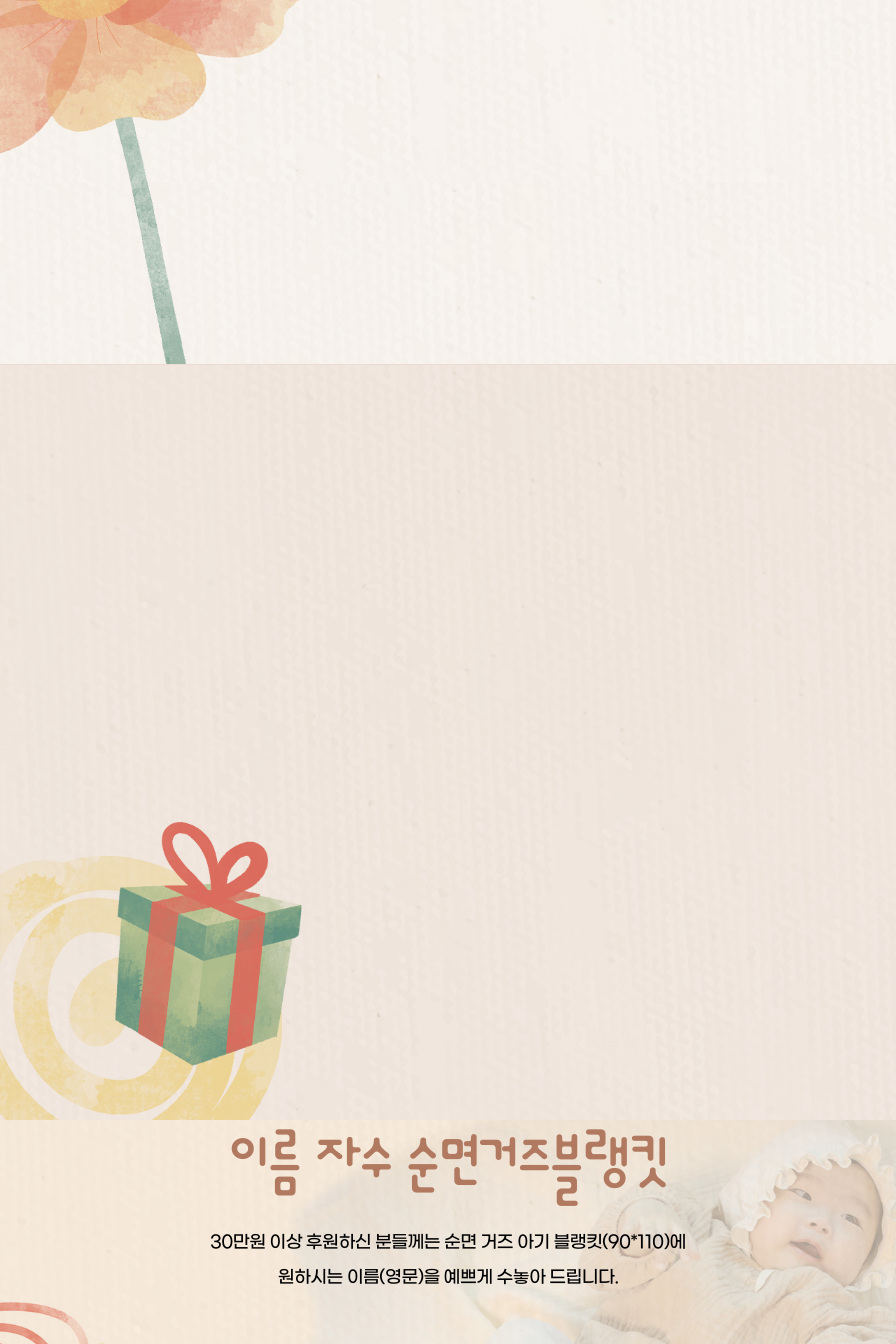
Repository: dlgywls1130/save_the_children
Page: index.html
The author's editor kept a copy of each file at every save. The page is drawn from the files as they stood at one save, then again after the next save.
The browser window is 1280 px wide. The pictures show the part of the page from y = 4580 to 6500 px (the page is 6880 px tall), at 70% of full size.

Above is the page before, as saved 2023-12-13 10:35:03.

### index.html
<!DOCTYPE html>
<html lang="en">
<head>
    <meta charset="UTF-8">
    <meta name="viewport" content="width=device-width, initial-scale=1.0">
    <title>세이브더칠드런</title>

    <link rel="stylesheet" href="./css/reset.css">
    <link rel="stylesheet" href="./css/style.css">
</head>
<body>
    <div class="content_body">
        <section class="section_wrapper section01">
            <div class="se01 se_wrapper">
                <div class="se01_sub">
                    <div class="sub_logo">
                        <img src="./img/logo01.png" alt="logo">
                    </div>
                    <p>우리 아기 좋은 날 기부</p>
                </div>
                <p class="seo01_title">
                    아가야,
                </p>
                <p class="seo01_title_two">
                    너의 <span>탄생</span> 순간을 축하해!
                </p>
                <p class="section_descript mb-45">
                    처음 아기의 심장 소리를 들었던 순간,
                    <br>여린 아가의 성장이 실감나던 배냇짓,
                    <br>기적 같았던 백일,
                    <br>그리고 아이의 첫 생일인 첫돌...
                </p>
                <p class="section_descript">
                    아이의 건강과 행복을 바라는 마음을 담아,
                    <br>내 아이의 소중한 순간을 기부로 기념해보세요.
                    <br>함께 자라나는 다른 아이들에게도 큰 축복이 됩니다.
                </p>

                <a class="donation_link" href="javascript:void(0)">우리 아기 좋은 날 기부</a>
            </div>
        </section>
        <section class="section_wrapper section02">
            <div class="se02 se_wrapper">
                <div class="postit_wrapper">
                    <div class="postit postit01">
                        <p>우리 아들 우현이의<br>
                        200일을 축하해.<br>
                        건강하게 자라줘서 고마워 ❤<br>
                        늘 사랑받고 받은 사랑만큼<br>
                        베풀 수 있는 건강하고<br>
                        멋진 아들이 되길 바래!</p>
                    </div>
                    <div class="postit postit02">
                        <p>우리 새로아<Br>
                        백일 동안 무럭무럭 자라줘서<Br>
                        고마워~앞으로도 건강하고<Br>
                        우리 같이 재미있게 많이 놀자.<Br>
                        엄마,아빠가 많이 사랑해.</p>
                    </div>
                    <div class="postit postit03">
                        <p>서진아<br>
                        우리에게 와줘서 고마워<br>
                        건강하고 행복하게 자라렴.<br>
                        사랑해♡      </p>
                    </div>
                    <div class="postit postit04">
                        <p>보미야<br>
                        첫 번째 생일 축하해<br>
                        너의 존재가 온 세상에<br>
                        봄이길 바랄게!   </p>
                    </div>
                    <div class="postit postit05">
                        <p>사랑하는 도현이의<br>
                        첫 어린이날과 첫돌을<br>
                        기념하며, <br>
                        이웃을 사랑하는<br>
                        멋진 사람으로 자라길</p>

                    </div>
                </div>
                <p class="ex_text">*소개한 사연은 모두 실제 사연입니다.</p>

            </div>
        </section>
        <section class="section_wrapper section03">
            <div class="se_wrapper se03">
                <div class="se_title_co">
                    아기의 좋은 날을 기념해 주신 모든 분들께
                    <br>후원감사증서를 보내드립니다.
                </div>
                <div class="se_sub_co">
                    후원감사증서는 아기에게 남기고 싶은 메시지와 아기의 좋은 날이 담긴 사진을 보관할 수 있도록
                    <br>만들어드립니다. 먼 훗날, 아기가 성장해 읽게 될 날을 그리며 편지를 써보세요.
                </div>
            </div>

        </section>
        <section class="section_wrapper section04">
            <div class="se_wrapper se04">
                <div class="se_title_co">
                    이름 자수 순면거즈블랭킷
                </div>
                <div class="se_sub_co">
                    30만원 이상 후원하신 분들께는 순면 거즈 아기 블랭킷(90*110)에
                    <Br>원하시는 이름(영문)을 예쁘게 수놓아 드립니다.
                </div>

                <div class="se04_slide">
                    <div class="se04_slide_list">
                        <img src="">
                    </div>
                    <div class="se04_slide_list">
                        <img src="">
                    </div>
                    <div class="se04_slide_list">
                        <img src="">
                    </div>
                </div>
            </div>
        </section>
        <section class="section_wrapper section05">

        </section>
        <section class="section_wrapper section06">
            <div class="se_wrapper se06">
                <div class="se_title_co">
                    이름 자수 순면거즈블랭킷
                </div>
                <div class="se_sub_co">
                    30만원 이상 후원하신 분들께는 순면 거즈 아기 블랭킷(90*110)에
                    <Br>원하시는 이름(영문)을 예쁘게 수놓아 드립니다.
                </div>
            </div>

        </section>
        <section class="section_wrapper section07">

        </section>
        <section class="section_wrapper section08">

        </section>
    </div>
</body>
</html>

### css/reset.css


html, body, div, span, applet, object, iframe,
h1, h2, h3, h4, h5, h6, p, blockquote, pre,
a, abbr, acronym, address, big, cite, code,
del, dfn, em, img, ins, kbd, q, s, samp,
small, strike, strong, sub, sup, tt, var,
b, u, i, center,
dl, dt, dd, ol, ul, li,
fieldset, form, label, legend,
table, caption, tbody, tfoot, thead, tr, th, td,
article, aside, canvas, details, embed,
figure, figcaption, footer, header, hgroup,
menu, nav, output, ruby, section, summary,
time, mark, audio, video {
	margin: 0;
	padding: 0;
	border: 0;
	font-size: 100%;
	font: inherit;
	vertical-align: baseline;
}

article, aside, details, figcaption, figure,
footer, header, hgroup, menu, nav, section {
	display: block;
}
body {
	line-height: 1;
}
ol, ul {
	list-style: none;
}
blockquote, q {
	quotes: none;
}
blockquote:before, blockquote:after,
q:before, q:after {
	content: '';
	content: none;
}
table {
	border-collapse: collapse;
	border-spacing: 0;
}

### css/style.css

/* root */
:root{
    --main-color:#B17A60;
    --pink-color:#F79497;
}


/* font */

/* dongle */
@font-face {
    font-family: 'Dongle';
    font-weight: 300;
    src: url('../font/Dongle-Light.ttf') format('ttf'),
    url('../font/Dongle-Light.woff') format('woff');
}

@font-face {
    font-family: 'Dongle';
    font-weight: 500;
    src: url('../font/Dongle-Regular.ttf') format('ttf'),
    url('../font/Dongle-Regular.woff') format('woff');
}

@font-face {
    font-family: 'Dongle';
    font-weight: 700;
    src: url('../font/Dongle-Bold.ttf') format('ttf'),
    url('../font/Dongle-Bold.woff') format('woff');
}


/* Gmarket */
@font-face {
    font-family: 'GmarketSans';
    font-weight: 300;
    src: url('../font/GmarketSansLight.ttf') format('ttf'),
    url('../font/GmarketSansLight.woff') format('woff');
}

@font-face {
    font-family: 'GmarketSans';
    font-weight: 500;
    src: url('../font/GmarketSansMedium.ttf') format('ttf'),
    url('../font/GmarketSansMedium.woff') format('woff');
}

@font-face {
    font-family: 'GmarketSans';
    font-weight: 700;
    src: url('../font/GmarketSansBold.ttf') format('ttf'),
    url('../font/GmarketSansBold.woff') format('woff');
}


/* nanumsqure */

@font-face {
    font-family: 'NanumSquare';
    font-weight: 400;
    src: url('../font/NanumSquareL.ttf') format('ttf'),
    url('../font/NanumSquareL.woff') format('woff');
}

@font-face {
    font-family: 'NanumSquare';
    font-weight: 500;
    src: url('../font/NanumSquareR.ttf') format('ttf'),
    url('../font/NanumSquareR.woff') format('woff');
}

@font-face {
    font-family: 'NanumSquare';
    font-weight: 600;
    src: url('../font/NanumSquareB.ttf') format('ttf'),
    url('../font/NanumSquareB.woff') format('woff');
}

@font-face {
    font-family: 'NanumSquare';
    font-weight: 700;
    src: url('../font/NanumSquareEB.ttf') format('ttf'),
    url('../font/NanumSquareEB.woff') format('woff');
}



/* scdream5 */
@font-face {
    font-family: 'SCDream5';
    src: url('../font/SCDream5.woff') format('woff'),
    url('../font/SCDream5.ttf') format('ttf'),
    url('../font/SCDream5.otf') format('otf');
}


.section_wrapper{
    max-width:1920px;
    width: 100%;

}

.se_wrapper{
    max-width: 1060px;
    margin: 0 auto;
    width: 100%;
    position: relative;
}


/* common */
.mb-45{margin-bottom: 45px;}

/* section01 */


.section01{
    background: url('../img/back01.jpg') no-repeat;
    height: 1080px;

}

.se01{
    padding: 230px 0 70px;

}
.se01_sub{

    display: flex;
    align-items: center;
    margin-bottom: 30px;
}

.sub_logo{
    width: 198px;
    height: 65px;
    margin-right: 15px;
}

.sub_logo img{
    width: 100%;
    height: 100%;
    object-fit: contain;
}

.se01_sub p{
    width: 302px;
    height: 52px;
    background: #B17A60;
    border-radius: 20px;
    display: flex;
    align-items: center;
    justify-content: center;
    letter-spacing: -0.03em;
    font-size: 25px;
    font-weight: 700;
    font-family: 'GmarketSans',sans-serif;
    color: #fff;
}

.seo01_title{
    font-family: 'Dongle',sans-serif;
    font-weight: 500;
    font-size: 150px;
    color: var(--main-color);
    letter-spacing: -0.03em;
}

.seo01_title_two{
    font-family: 'Dongle',sans-serif;
    font-weight: 500;
    font-size: 120px;
    color: var(--main-color);
    letter-spacing: -0.03em;
    margin-top: -4%;
    margin-bottom: 50px;
}

.section_descript{
    font-size: 25px;
    line-height: 35px;
    font-family: 'GmarketSans';
    font-weight: 500;
    letter-spacing: -0.03em;
    color: #000;
}

.donation_link{
    width: 560px;
    height: 75px;
    border-radius: 100px;
    display: flex;
    align-items: center;
    justify-content: center;
    background: var(--pink-color);
    color: #fff;
    font-family: 'GmarketSans';
    font-size: 35px;
    font-weight: 700;
    letter-spacing: -0.03em;
    text-decoration: none;
    margin: 45px auto 0;
}
/* section02 */

.section02{
    height: 1340px;
    background: url('../img/back03.jpg') no-repeat;
}

.se02{
    padding: 76px 0 96px;
    height: 100%;
}
.postit_wrapper{
    width: 100%;
    position: relative;
    height: 1123px;
}

.ex_text{
    font-family: 'GmarketSans';
    font-size: 20px;
    font-weight: 500;
    letter-spacing: -0.03em;
}

.postit {
    position: absolute;
}
.postit p{
    font-family: 'SCDream5';
    font-size: 23px;
    line-height: 35px;
    text-align: center;
    display: flex;
    justify-content: center;
    align-items: center;
    height: 100%;
}

.postit01{
    background:url('../img/post04.png') no-repeat;
    width: 438px;
    height: 438px;
    background-size: contain;
    box-sizing: border-box;
    left: 64px;
    top: 0;

}

.postit01 p{
    transform: rotate(358deg);
    padding-top: 20px;
}

.postit02{
    background: url('../img/post05.png') no-repeat;
    width: 450px;
    height: 450px;
    background-size: contain;
    box-sizing: border-box;
    top: 0;
    right: 0;

}

.postit02 p{
    transform: rotate(10deg);
    padding-top: 20px;
}

.postit03{
    background:url('../img/post02.png') no-repeat;
    width: 400px;
    height: 400px;
    background-size: contain;
    box-sizing: border-box;
    left: 0;
    top: 31%;
    z-index: 1;
}

.postit03 p{
    transform: rotate(7deg);
    padding-top: 20px;
}

.postit04{
    background: url(../img/post03.png) no-repeat;
    width: 380px;
    height: 380px;
    background-size: cover;
    box-sizing: border-box;
    top: 39%;
    right: 0;
}

.postit04 p{
    transform: rotate(354deg);
}

.postit05{
    background:url('../img/post01.png') no-repeat;
    width: 390px;
    height: 390px;
    background-size: contain;
    box-sizing: border-box;
    top: 58%;
    left: -13px;
}

.postit05 p{
    transform: rotate(-9deg);
    padding-top: 20px;
}

/* section03 */

.section03{
    height: 1340px;
    background: url('../img/back04.jpg') no-repeat;
}

.se03{
    padding: 99px 0 96px;
    height: 100%;
}


.se_title_co{
    font-size: 120px;
    line-height: 120px;
    letter-spacing: -0.03em;
    font-family: 'Dongle';
    font-weight: 500;
    color: var(--main-color);
    text-align: center;
}

.se_sub_co{
    font-size: 25px;
    letter-spacing: -0.03em;
    line-height: 50px;
    font-family: 'GmarketSans';
    font-weight: 500;
    text-align: center;
    margin-top: 30px;
}

/* section04 */

.section04{
    height: 1340px;
    background: url('../img/back05.jpg') no-repeat;
}

.se04{
    padding: 120px 0 130px;
    height: 100%;
}

/* section05 */
.section05{
    height: 1080px;
    background: url('../img/back07.jpg') no-repeat;
}


/* section06 */
.section06{
    height:700px;
    background: url('../img/back06.jpg') no-repeat;
}


.se_sub_co span{
    font-weight: 700;
}
/* section07 */

/* section08 */

After the next save:
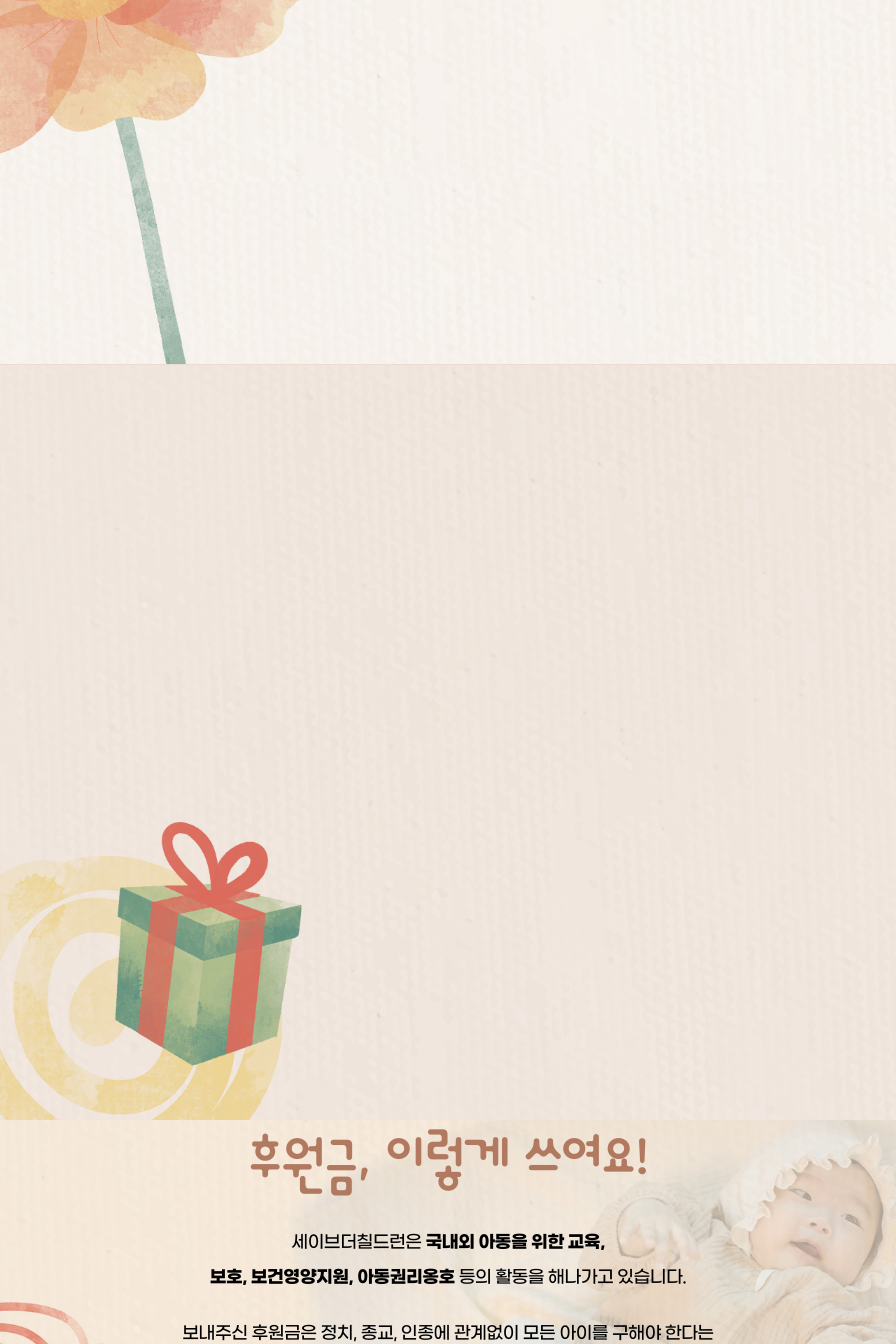
Saved 2 s later.
--- a/index.html
+++ b/index.html
@@ -124,11 +124,15 @@
         <section class="section_wrapper section06">
             <div class="se_wrapper se06">
                 <div class="se_title_co">
-                    이름 자수 순면거즈블랭킷
+                    후원금, 이렇게 쓰여요!
                 </div>
                 <div class="se_sub_co">
-                    30만원 이상 후원하신 분들께는 순면 거즈 아기 블랭킷(90*110)에
-                    <Br>원하시는 이름(영문)을 예쁘게 수놓아 드립니다.
+                    세이브더칠드런은 <span>국내외 아동을 위한 교육,
+                    <Br>보호, 보건영양지원, 아동권리옹호</span> 등의 활동을 해나가고 있습니다.
+                </div>
+                <div class="se_sub_co">
+                    보내주신 후원금은 정치, 종교, 인종에 관계없이 모든 아이를 구해야 한다는
+                    <Br>세이브더칠드런의 신념에 따라 <span>가장 도움 필요한 아이를 위해 우선 사용</span>됩니다.
                 </div>
             </div>
 
